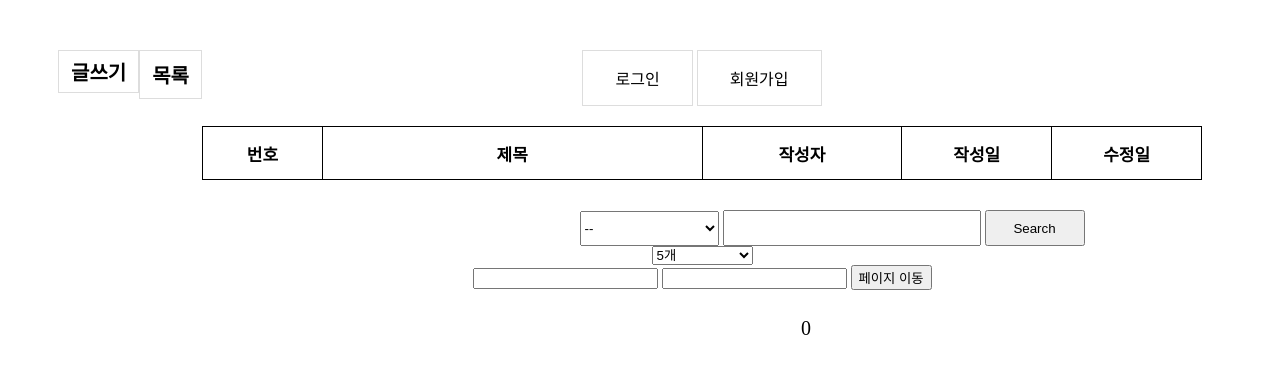
Repository: Shim-YoungDo/gaea-study
Page: http://localhost/study/WEB-INF/views/board/list.jsp
The author's editor kept a copy of each file at every save. The page is drawn from the files as they stood at one save, then again after the next save.
The browser window is 1280 px wide. The pictures show the whole page.
The page is served by Tomcat 9. Nobody is signed in. The template is opened directly, without the code that normally fills it, so the values that code supplies are empty.

Above is the page before, as saved 2021-12-13 07:55:41.

After the next save:
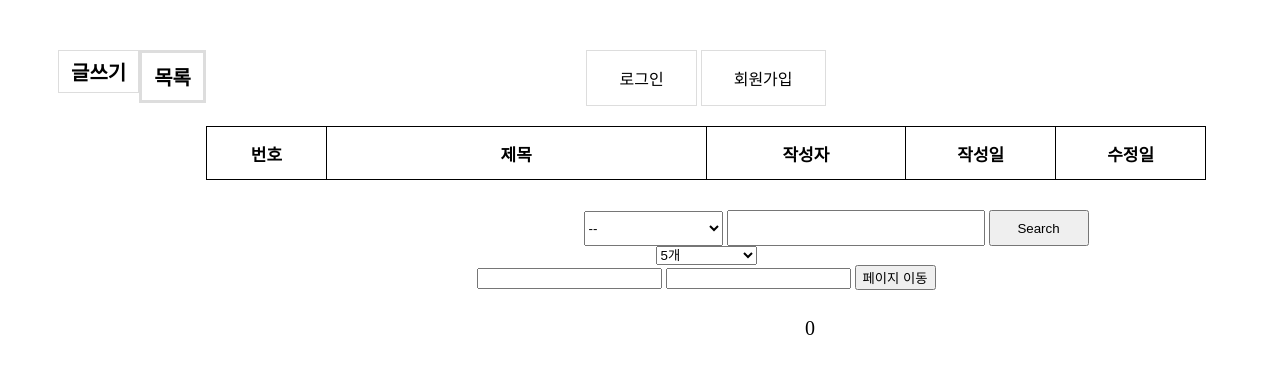
Saved 49 s later.
--- a/study/src/main/webapp/resources/css/board/list.css
+++ b/study/src/main/webapp/resources/css/board/list.css
@@ -46,7 +46,7 @@ a{
   	font-size: 20px;
     padding: 9px 12px;
     background-color: #fff;
-    border: 1px solid #ddd;
+    border: 3px solid #ddd;
     font-weight: 600;
   }
 
